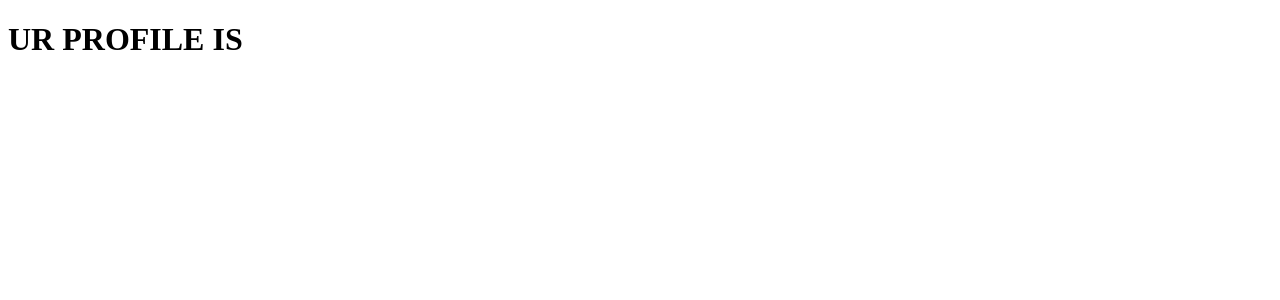
Repository: heenasalim/Java_Script
Page: Simplehtmldemo/WebContent/Profile.html
The author's editor kept a copy of each file at every save. The page is drawn from the files as they stood at one save, then again after the next save.
The browser window is 1280 px wide. The pictures show the whole page.

Above is the page before, as saved 2015-10-12 06:44:18.

### Simplehtmldemo/WebContent/Profile.html
<!DOCTYPE html PUBLIC "-//W3C//DTD HTML 4.01 Transitional//EN" "http://www.w3.org/TR/html4/loose.dtd">
<html>
<head>
<meta http-equiv="Content-Type" content="text/html; charset=ISO-8859-1">
<title>Insert title here</title>
</head>
<body>
<h1> UR  PROFILE  IS</h1>
</body>
</html>

After the next save:
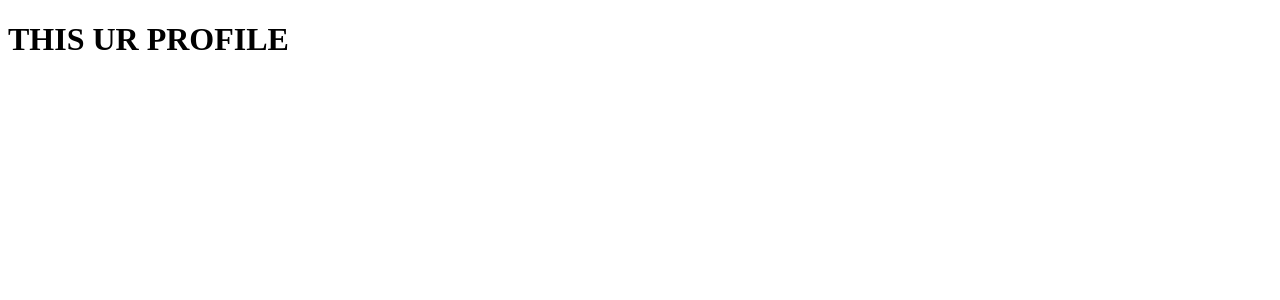
Saved 12 s later.
--- a/Simplehtmldemo/WebContent/Profile.html
+++ b/Simplehtmldemo/WebContent/Profile.html
@@ -5,6 +5,6 @@
 <title>Insert title here</title>
 </head>
 <body>
-<h1> UR  PROFILE  IS</h1>
+<h1>THIS  UR  PROFILE </h1>
 </body>
 </html>
